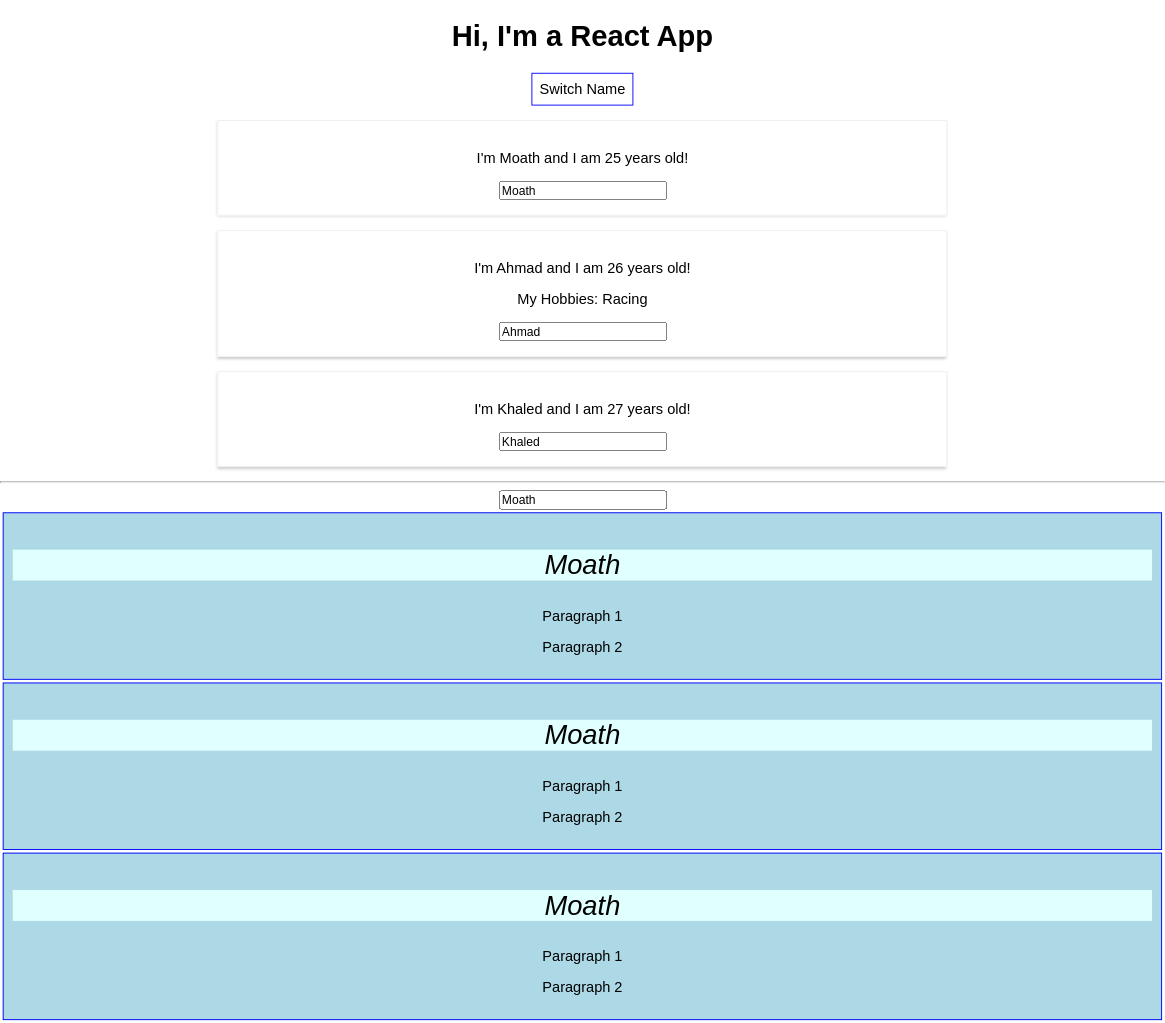
Repository: MuathYHKefayah/React-Basics
Page: /
The author's editor kept a copy of each file at every save. The page is drawn from the files as they stood at one save, then again after the next save.
The browser window is 1280 px wide. The pictures show the whole page, at 91% of full size.
The project was rebuilt for these pictures with package versions that can differ from the ones it lists, and the page was loaded fresh each time.

Above is the page before, as saved 2020-12-12 10:26:56.

### src/App.js
import React, { Component } from 'react';
import './App.css';
import Person from './Person/Person';
import UserInput from './UserInput/UserInput';
import UserOutput from './UserOutput/UserOutput';

class App extends Component {
  state = {
     persons: [
       { name:'Moath', age: 25},
       { name:'Ahmad', age: 26},
       { name:'Khaled', age: 27},
     ],
     username: "Moath"
  }

  switchNameHandler  = (newName, newAge) => {
    //Don't Do This: this.state.persons[0].name = "Max";
    this.setState({
      persons: [
        { name:newName, age: 25},
        { name:'Ahmad', age: 26},
        { name:'Khaled', age: newAge},
      ]
    })
  }

  nameChangedHandler = (event) => {
    this.setState({
      persons: [
        { name:'Moath', age: 25},
        { name: event.target.value, age: 26},
        { name:'Khaled', age: 27},
      ]
    })
  }

  usernameChangedHandelr = (event) => {
    this.setState({
      username: event.target.value
    })
  }

  render() {
    const style = {
      backgroundColor: 'white',
      font: 'inherit',
      border: '1px solid blue',
      padding: '8px',
      cursor: 'pointer'
    };

    return (
      // jsx \\ write html code in js file
      <div className="App">
        <h1>Hi, I'm a React App</h1>
        <button
          style={style}
          onClick={() => this.switchNameHandler('Moath!!', 30)}>Switch Name</button>
        <Person name={this.state.persons[0].name} age={this.state.persons[0].age}/>
        <Person
          name={this.state.persons[1].name}
          age={this.state.persons[1].age}
          click={this.switchNameHandler.bind(this, 'Moath!', 40)}
          changed={this.nameChangedHandler}
          >My Hobbies: Racing</Person>
        <Person name={this.state.persons[2].name} age={this.state.persons[2].age}/>
        <hr/>
        <UserInput
          name={this.state.username}
          changed={this.usernameChangedHandelr}/>

        <UserOutput name={this.state.username}/>
        <UserOutput name={this.state.username}/>
        <UserOutput name={this.state.username}/>

      </div>
    );
    //return React.createElement('div', {className: 'App'} , React.createElement('h1', null , 'Hi, I\'m a React App !!!' ))
  }
}

export default App;

### src/Person/Person.js
import React from 'react';
import './Person.css';

const person = (props) => {
    return (
        <div className="Person">
            <p onClick={props.click}>I'm {props.name} and I am {props.age} years old!</p>
            <p>{props.children}</p>
            <input type="text" onChange={props.changed} value={props.name}/>
        </div>
    )
};

export default person;

### src/UserInput/UserInput.js
import React, { Component } from 'react';


class UserInput extends Component{
    render(){
        return(
            <div className="UserInput">
                <input
                    type="text"
                    onChange={this.props.changed}
                    value={this.props.name}/>
            </div>

        );
    }
}

export default UserInput;

### src/UserOutput/UserOutput.js
import React, { Component } from 'react';
import './UserOutput.css'

class UserOutput extends Component {

    render(){
        const style = {
            backgroundColor: 'lightcyan',
            fontStyle: 'oblique',
            fontSize: '30px'
        };
        return(
            <div className="UserOutput">
                <p style={style}>{this.props.name}</p>
                <p>Paragraph 1</p>
                <p>Paragraph 2</p>
            </div>
        );
    }
}

export default UserOutput;

### src/UserOutput/UserOutput.css
.UserOutput{
    border: 1px solid blue;
    padding: 10px;
    background-color: lightblue;
    margin: 3px;
}

Loaded but not shown: public/index.html (common file); src/index.js (common file); src/index.css (common file); src/registerServiceWorker.js (common file); src/App.css (common file); src/Person/Person.css (common file)

After the next save:
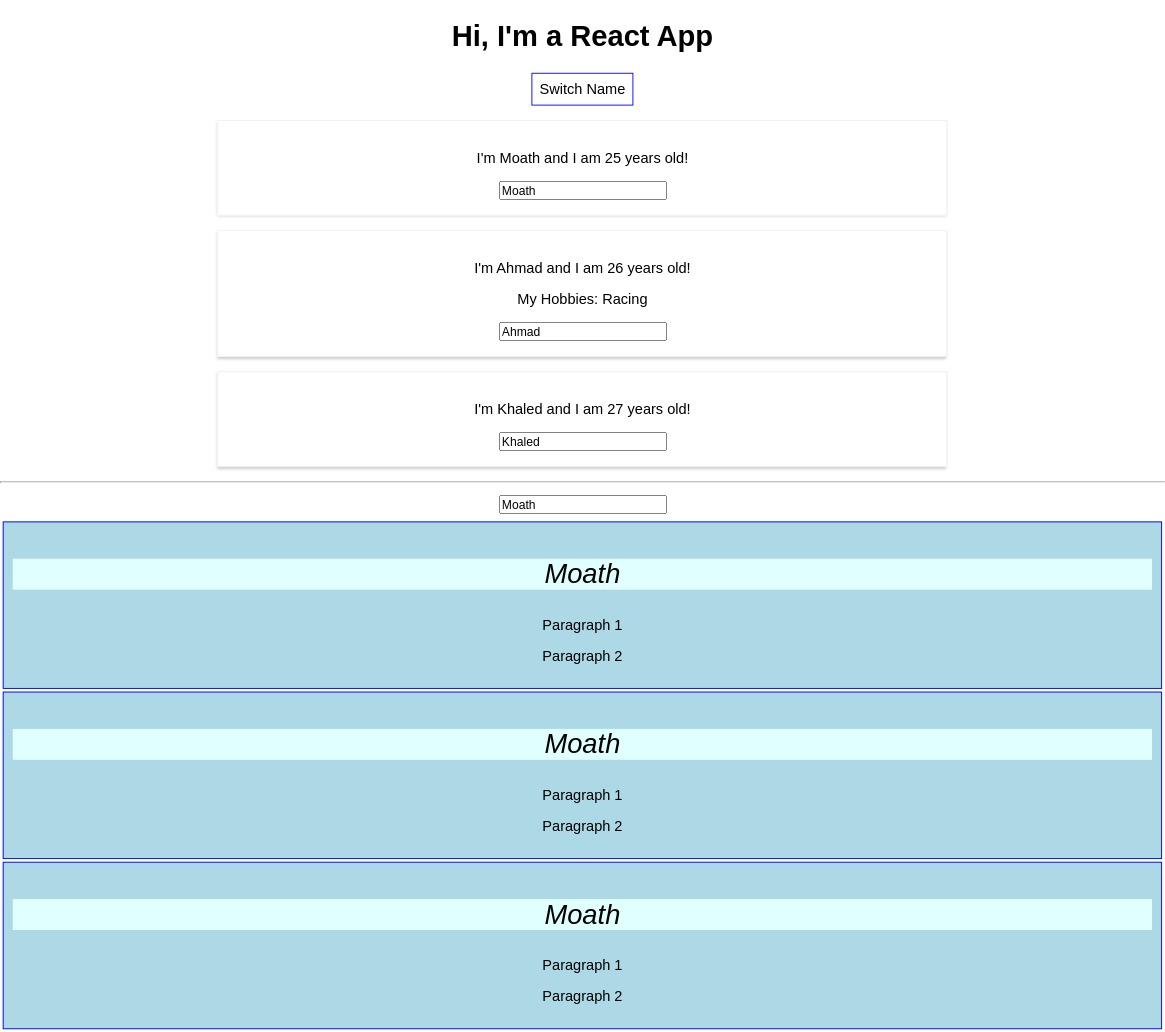
Saved 52 s later.
--- a/src/UserInput/UserInput.js
+++ b/src/UserInput/UserInput.js
@@ -3,9 +3,13 @@ import React, { Component } from 'react';
 
 class UserInput extends Component{
     render(){
+        const style = {
+            margin: '5px'
+        }
         return(
             <div className="UserInput">
                 <input
+                    style= {style}
                     type="text"
                     onChange={this.props.changed}
                     value={this.props.name}/>
